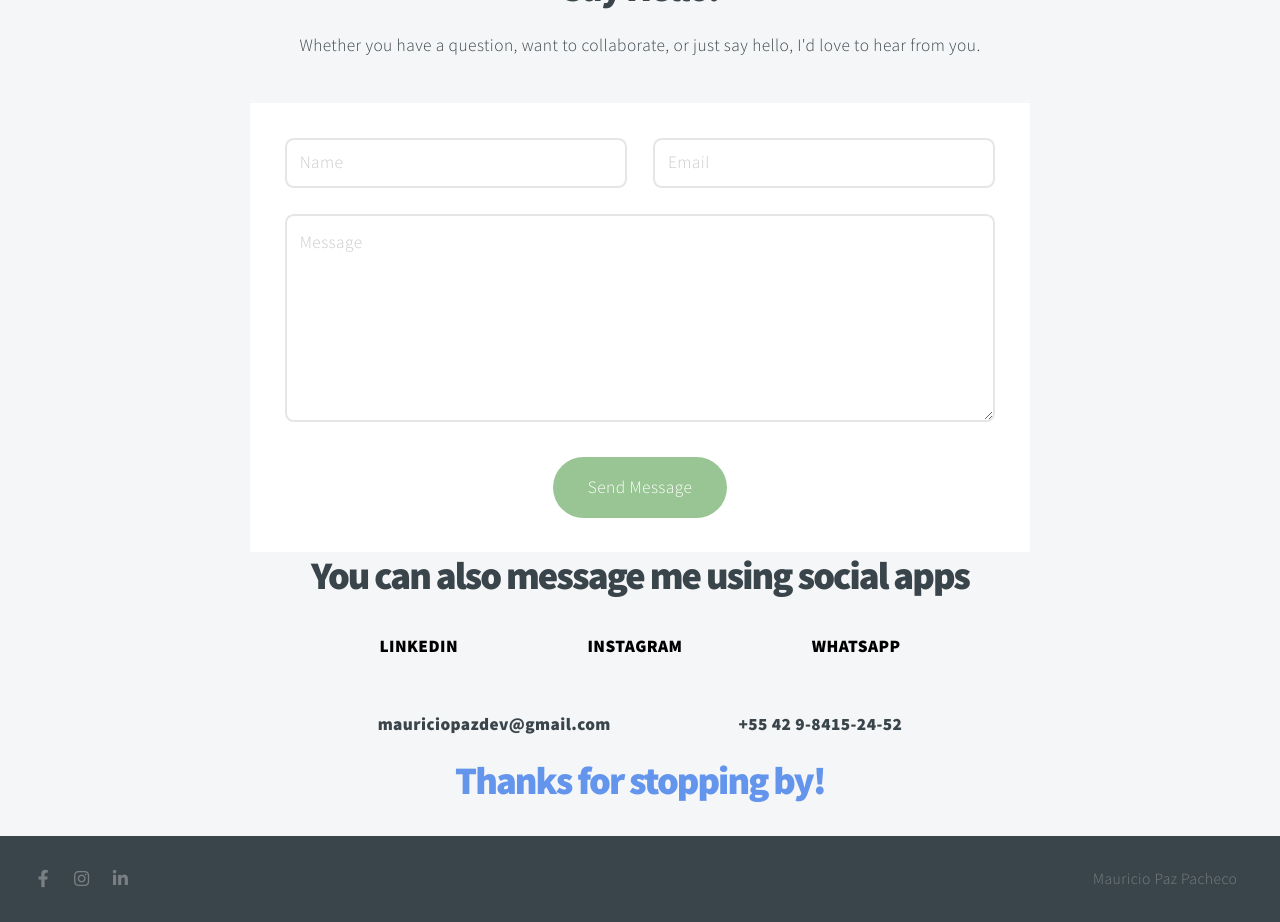
Repository: mauriciopazpp/mauriciopazpp.github.io
Page: index.html
An editor plug-in stored every save of this project. The page is shown before and after the next save, followed by the edit.
The browser window is 1280 px wide. The pictures show the part of the page from y = 5456 to 6408 px (the page is 6378 px tall before and 6408 px after).
A picture or video elsewhere on the page could not be fetched, so the positions and the page height are approximate. Backgrounds fixed to the window are drawn as part of the page.

Above is the page before, as saved 2024-03-05 18:43:25.
Console error: TypeError: Cannot set properties of undefined (setting 'windowMargin')

### index.html
<!DOCTYPE HTML>
<html>
	<head>
		<title>Mauricio Paz</title>
		<meta charset="utf-8" />
		<meta name="viewport" content="width=device-width, initial-scale=1, user-scalable=no" />
		<link rel="stylesheet" href="assets/css/main.css" />
		<noscript><link rel="stylesheet" href="assets/css/noscript.css" /></noscript>
		<link rel="icon" type="image/x-icon" href="images/favicon.png">
	</head>
	<body class="is-preload">
		<!-- <img id="preload" src="images/preloader.gif"> -->
		<!-- Header -->
			<header id="header">
				<div class="logo-header">
					<img src="images/logo-2.png" alt="Mauricio Paz Pacheco CV">
				</div>
				<nav>
					<ul>
						<li><a href="#intro">Intro</a></li>
						<li><a href="#one">Who am I</a></li>
						<li><a href="#two">Skills and Certifications</a></li>
						<li><a href="#work">Experience</a></li>
						<li style="display: none;"><a href="#things">My Things</a></li>
						<li><a href="#contact">Contact</a></li>
					</ul>
				</nav>
			</header>

		<!-- Intro -->
			<section id="intro" class="main style1 dark fullscreen">
				<div class="content">
					<header>
						<h2>Mauricio Paz</h2>
					</header>
					<p>Enter the realm of my career.</p>
					<footer>
						<!-- <a href="#one" class="button style2 down">More</a> -->
						<a href="cv/Mauricio.pdf" target="_blank" class="button">Download CV</a>
						<a href="#one" class="button">More</a>
					</footer>
				</div>
			</section>

		<!-- One -->
			<section id="one" class="main style2 right dark fullscreen">
				<div class="content box style2">
					<header>
						<h2>Who am I</h2>
					</header>
					<p>Mauricio, <span id="age">35</span> years old, more than a decade of experience in the systems development field. Certified by Adobe. Married, living in the south of Brazil. I enjoy Rock, Heavy Metal, cats and games.</p>
					<p>Let's be friends, this is my insta <a href="https://www.instagram.com/mauricio.paz.p/" style="text-decoration: none; font-weight: bold;">@mauricio.paz.p</a></p>
				</div>
				<a href="#two" class="button style2 down anchored">Next</a>
			</section>

		<!-- Two -->
			<section id="two" class="main style2 left dark fullscreen">
				<div class="content box style2">
					<header>
						<h2>Skills</h2>
					</header>
					<p><b class="php">#php</b>, <b class="javascript">#javascript</b>, <b class="node">#node</b>, <b class="graphql">#graphql</b>, <b class="sql">#sql</b></p>
					<p><b class="adobecommerce">#adobecommerce</b>, <b class="bigcommerce">#bigcommerce</b>, <b class="shopify">#shopify</b>, <b class="pwastudio">#pwastudio</b></p>
					<p><b class="vuejs">#vuejs</b>, <b class="react">#react</b>, <b class="reactnative">#reactnative</b></p>
					<p><b class="git">#git</b>, <b class="warden">#warden</b>, <b class="docker">#docker</b>, <b class="commercecloud">#commercecloud</b></p>
					<p><b class="frontend">#frontend</b>, <b class="backend">#backend</b>, <b class="fullstack">#fullstack</b></p>
					<p><b class="english">#english</b>, <b class="portuguese">#portuguese</b></p>

					<br>

					<h2>Certifications</h2>
					<p>
						<b>
						- Adobe Certified Expert - Adobe Commerce Front-End Developer.
						<a href="https://www.credly.com/badges/2049df38-8aab-49f0-89bc-399480d42e42/linked_in" target="_blank">
							Check the link
						</a>
						</b>
					</p>

				</div>
				<a href="#work" class="button style2 down anchored">Next</a>
			</section>

		<!-- Work -->
			<section id="work" class="main style3 primary">
				<div class="content">
					<header>
						<h2>My Experience</h2>
						<p>Over the years, I have worked in various companies and faced challenges that have shaped my expertise in development. At BlueAcorn iCi, I participated in projects for major companies such as Lovesac and Sony, using Adobe Commerce and React. At Jamersan, I contributed to creating stores using BigCommerce. At Unimed, I had the opportunity to independently create software from scratch, developing highly robust systems that are still in use today. Currently, at IronPlane, I am expanding my knowledge in PWA Studio. My journey is a constant pursuit of technical excellence and the ability to positively impact through software development.</p>
					</header>

					<!-- Gallery  -->
						<div class="gallery">
							<article class="from-left" style="background: url(images/fulls/02.jpg);">
								<div class="description">
									<p><b>IronPlane</b> - <i>Portland, ME, USA</i> <br> 04/2023 - Current</p>
									<ul>
										<li>•  Designed and implemented stores using Adobe Commerce.</li>
										<li>•  Upgrade PWA Studio stores and bug fixes using Adobe Commerce, PWA Studio, React, webpack, GraphQL, HTML, and CSS.</li>
										<li>•  Code-reviews in BigCommerce and Adobe Commerce stores.</li>
									</ul>
								</div>
								<div class="company">
									<img src="images/comp/ironplane.svg" alt="ironplane" class="logo">
								</div>
								<!-- <a href="images/fulls/01.jpg" class="image fit"><img src="images/thumbs/01.jpg" title="The Anonymous Red" alt="" /></a> -->
							</article>
							<article class="from-right" style="background: url(images/fulls/05.jpg);">
								<div class="description">
									<p><b>Jamersan</b> - <i>Opelika, AL, USA</i> <br> 02/2023 - 12/2023</p>
									<ul>
										<li>•  Led the creation of stores, managing product imports, and crafting database management scripts using api, bash script, php and javascript.</li>
										<li>•  Designed and developed new stores using BigCommerce, incorporating webhooks, APIs, and app development.</li>
									</ul>
								</div>
								<div class="company">
									<img src="images/comp/jamersan.webp" alt="jamersan" class="logo">
								</div>
								<!-- <a href="images/fulls/02.jpg" class="image fit"><img src="images/thumbs/02.jpg" title="Airchitecture II" alt="" /></a> -->
							</article>
							<article class="from-left" style="background: url(images/fulls/01.jpg);">
								<div class="description">
									<p><b>BlueAcorn iCi</b> - <i>Charleston, SC, USA</i> <br>03/2021 - 02/2023</p>
									<ul>
										<li>•  Senior Front-end Developer, <i>a leading company in award-winning digital transformations for Fortune 500 companies.</i> I collaborated on large-scale projects, including creating digital experiences for renowned brands such as Apple and Sony.</li>
										<li>•  Led a Front-end development team on an Adobe Commerce project, ensuring timely and high-quality delivery.</li>
										<li>•  Development and enhancement of stores for renowned brands like Lovesac, using technologies such as Adobe Commerce, React, and advanced customization tools, such as product creation in a 3D environment.</li>
									</ul>
								</div>
								<div class="company">
									<img src="images/comp/blueacorn.png" alt="blueacornici" class="logo">
								</div>
								<!-- <a href="images/fulls/03.jpg" class="image fit"><img src="images/thumbs/03.jpg" title="Air Lounge" alt="" /></a> -->
							</article>
							<article class="from-right" style="background: url(images/fulls/03.jpg);">
								<div class="description">
									<p><b>MageMontreal</b> - <i>Sainte-Agathe-des-Monts/QC  Canada</i> <br>08/2020 - 02/2021</p>
									<ul>
										<li>•  Front-end Developer at MageMontreal, contributing to the development of multiple online stores using Adobe Commerce.</li>
										<li>•  Continuous Integration/Deployment Pipeline Integration, pull requests, code reviews.</li>
									</ul>
								</div>
								<div class="company">
									<img src="images/comp/magemontreal.svg" alt="magemontreal" class="logo" style="background: #f84601">
								</div>
								<!-- <a href="images/fulls/03.jpg" class="image fit"><img src="images/thumbs/03.jpg" title="Air Lounge" alt="" /></a> -->
							</article>
							<article class="from-left" style="background: url(images/fulls/04.jpg);">
								<div class="description">
									<p><b>Redstage</b> - <i>New York, NY, USA</i> <br>03/2019 - 08/2020</p>
									<ul>
										<li>• Initiated the creation of work automation scripts, proposing tasks such as branch creation, automatic status updates in Jira, pull request creation via terminal, and development of a webhook on GitHub to send automatic notifications to Slack.</li>
										<li>•  Full Stack Developer, responsible for the creation and updates of stores using Adobe Commerce.</li>
									</ul>
								</div>
								<div class="company">
									<img src="images/comp/fulcrum.webp" alt="fulcrum" class="logo">
								</div>
								<!-- <a href="images/fulls/03.jpg" class="image fit"><img src="images/thumbs/03.jpg" title="Air Lounge" alt="" /></a> -->
							</article>
							<article class="from-right" style="background: url(images/fulls/06.jpg);">
								<div class="description">
									<p><b>KolinaLabs</b> - <i>Guarapuava, PR, Brazil</i> <br>06/2018 - 02/2019</p>
									<ul>
										<li>•  Development of system applications, including a solar panel system for Sices Brasil, the largest solar panel producer in Latin America.</li>
										<li>•  Creation and maintenance of apps using Vue.js, webpack, Sass, among others, to ensure efficient and high-quality implementation.</li>
										<li>•  BI Developer, creating an advanced dashboard using QlikSense to enhance data analysis and decision-making at Sices Brasil.</li>
									</ul>
								</div>
								<div class="company">
									<img src="images/comp/kolinalabs.png" alt="kolinalabs" class="logo">
								</div>
								<!-- <a href="images/fulls/03.jpg" class="image fit"><img src="images/thumbs/03.jpg" title="Air Lounge" alt="" /></a> -->
							</article>
							<article class="from-left" style="background: url(images/fulls/06.jpg);">
								<div class="description">
									<p><b>Unimed</b> - <i>Guarapuava, PR, Brazil</i> <br>08/2015 - 06/2018</p>
									<ul>
										<li>•  Largest healthcare company in latin america, I developed approximately 12 systems using Laravel independently, including 2 large systems that continued to be used for over 6 years, even after my departure from the company.</li>
										<li>•  Responsible for the entire system development process, from gathering requirements to development, deployment, testing, and support.</li>
										<li>•  I created a workflow system that automated all internal processes, providing greater ease of work for everyone.</li>
										<li>•  I conceptualized and developed a system that reduced an employee's workload time from 2 months to just 1 minute, automating the compression and sending of multiple PDFs via email to health plan beneficiaries.</li>
									</ul>
								</div>
								<div class="company">
									<img src="images/comp/unimed.png" alt="Unimed" class="logo" style="padding: 0;">
								</div>
								<!-- <a href="images/fulls/03.jpg" class="image fit"><img src="images/thumbs/03.jpg" title="Air Lounge" alt="" /></a> -->
							</article>
							<article class="from-right" style="background: url(images/fulls/06.jpg);    display: flex;
							align-content: center;
							justify-content: center;
							align-items: center;">
								<a href="https://www.linkedin.com/in/m-paz/details/experience/">
									<p><b style="color: white; text-decoration: underline;" target="_blank">See More</b></p>
								</a>
							</article>
						</div>
				</div>
			</section>

		<!-- Contact -->
			<section id="contact" class="main style3 secondary">
				<div class="content">
					<header>
						<h2>Say Hello.</h2>
						<p>Whether you have a question, want to collaborate, or just say hello, I'd love to hear from you.</p>
					</header>
					<div class="box">
						<form method="post" action="https://formspree.io/xaypakzd">
							<div class="fields">
								<div class="field half"><input type="text" name="username" placeholder="Name" required/></div>
								<div class="field half"><input type="email" name="email" placeholder="Email" required /></div>
								<div class="field"><textarea name="message" placeholder="Message" rows="6" required></textarea></div>
							</div>
							<ul class="actions special">
								<li><input type="submit" value="Send Message" /></li>
							</ul>
						</form>
					</div>
					<h2>You can also message me using social apps</h2>
					<ul class="list-inline fullscreen-nav-holder">
						<li><a class="text-uppercase" href="https://www.linkedin.com/in/m-paz/?locale=en_US">Linkedin</a></li>
						<li><a class="text-uppercase" href="https://www.instagram.com/mauricio.paz.p/">Instagram</a></li>
						<li><a class="text-uppercase" href="https://wa.me/5542984152452?text=Hi%21+I+came+across+your+linkedin+profile">Whatsapp</a></li>
					</ul>
					<ul class="list-inline fullscreen-nav-holder">
						<li><b>mauriciopazdev@gmail.com</b></li>
						<li><b>+55 42 9-8415-24-52</b></li>
					</ul>

					<h2 style="color: cornflowerblue;">
						Thanks for stopping by!
					</h2>
					<br>
				</div>
			</section>

			<!-- Things -->
			<section id="things" class="main style3 primary" style="display: none;">
				<div class="content">
					<header>
						<h2>My Things</h2>
						<p>I believe that our professional life is closely linked to who we are and what we enjoy, so here are some of my childhood and teenager works.</p>
					</header>

					<!-- Gallery  -->
					<h3>Drawings</h3>
					<div class="gallery">
						<article class="from-left">
							<img src="images/things/draw.jpg">
						</article>
						<article class="from-right">
							<img src="images/things/draw2.jpg">
						</article>
					</div>
					<h3>Drawings in MsPaint, before touch screen exist</h3>
					<div class="gallery">
						<article class="from-left">
							<img src="images/things/paint3.jpg">
						</article>
						<article class="from-right">
							<img src="images/things/paint.jpg">
						</article>
					</div>
					<h3>3D modeling work, before become a developer</h3>
					<div class="gallery">
						<article class="from-left">
							<img src="images/things/3d.jpg">
						</article>
						<article class="from-right">
							<img src="images/things/3d3.jpg">
						</article>
					</div>
				</div>
			</section>

		<!-- Footer -->
			<footer id="footer">

				<!-- Icons -->
					<ul class="icons">
						<li><a href="https://www.facebook.com/mauriciopazpacheco" class="icon brands fa-facebook-f"><span class="label">Facebook</span></a></li>
						<li><a href="https://www.instagram.com/mauricio.paz.p/" class="icon brands fa-instagram"><span class="label">Instagram</span></a></li>
						<li><a href="https://www.linkedin.com/in/m-paz/?locale=en_US" class="icon brands fa-linkedin-in"><span class="label">LinkedIn</span></a></li>
					</ul>

				<!-- Menu -->
					<ul class="menu">
						<li>Mauricio Paz Pacheco</li><li></li>
					</ul>

			</footer>

		<!-- Scripts -->
			<script src="assets/js/jquery.min.js"></script>
			<script src="assets/js/jquery.poptrox.min.js"></script>
			<script src="assets/js/jquery.scrolly.min.js"></script>
			<script src="assets/js/jquery.scrollex.min.js"></script>
			<script src="assets/js/browser.min.js"></script>
			<script src="assets/js/breakpoints.min.js"></script>
			<script src="assets/js/util.js"></script>
			<script src="assets/js/main.js"></script>
	</body>
	<script>
		const dob = new Date('1988-12-08');
		const now = new Date();
		let age = now.getFullYear() - dob.getFullYear();
		if (now.getMonth() < dob.getMonth() || (now.getMonth() === dob.getMonth() && now.getDate() < dob.getDate())) {
			age--;
		}
		document.getElementById('age').textContent = age;
	</script>
</html>

Loaded but not shown: assets/js/jquery.min.js (library); assets/js/jquery.poptrox.min.js (library); assets/js/jquery.scrolly.min.js (common file); assets/js/jquery.scrollex.min.js (common file); assets/js/browser.min.js (common file); assets/js/breakpoints.min.js (common file); assets/css/fontawesome-all.min.css (library); assets/js/util.js (587 lines, source omitted); assets/js/main.js (219 lines, source omitted); assets/css/main.css (2508 lines, source omitted)

After the next save:
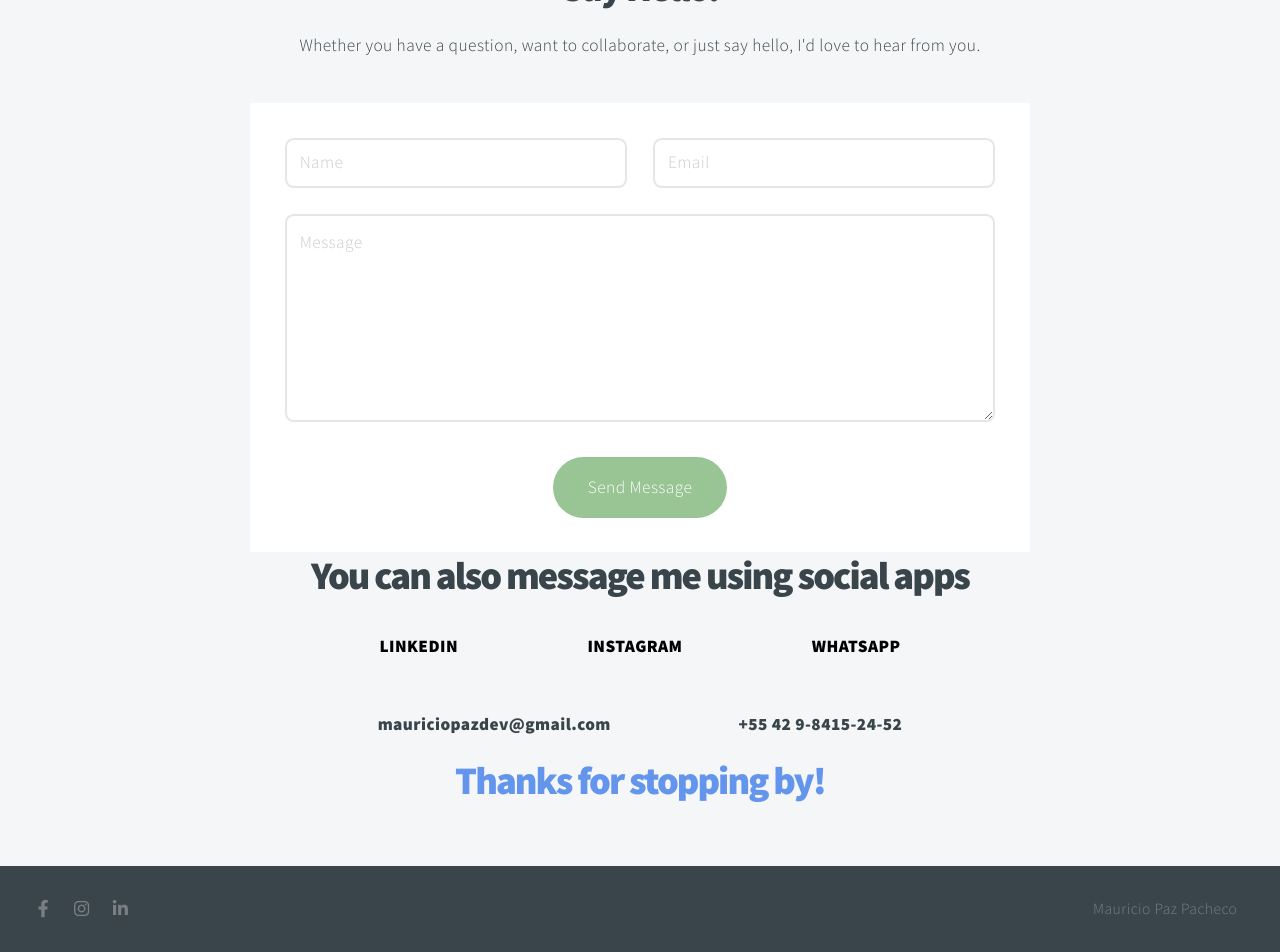
Saved 55 s later.
--- a/index.html
+++ b/index.html
@@ -231,7 +231,7 @@
 						<li><b>+55 42 9-8415-24-52</b></li>
 					</ul>
 
-					<h2 style="color: cornflowerblue;">
+					<h2 style="color: cornflowerblue; margin-bottom: 30px">
 						Thanks for stopping by!
 					</h2>
 					<br>
